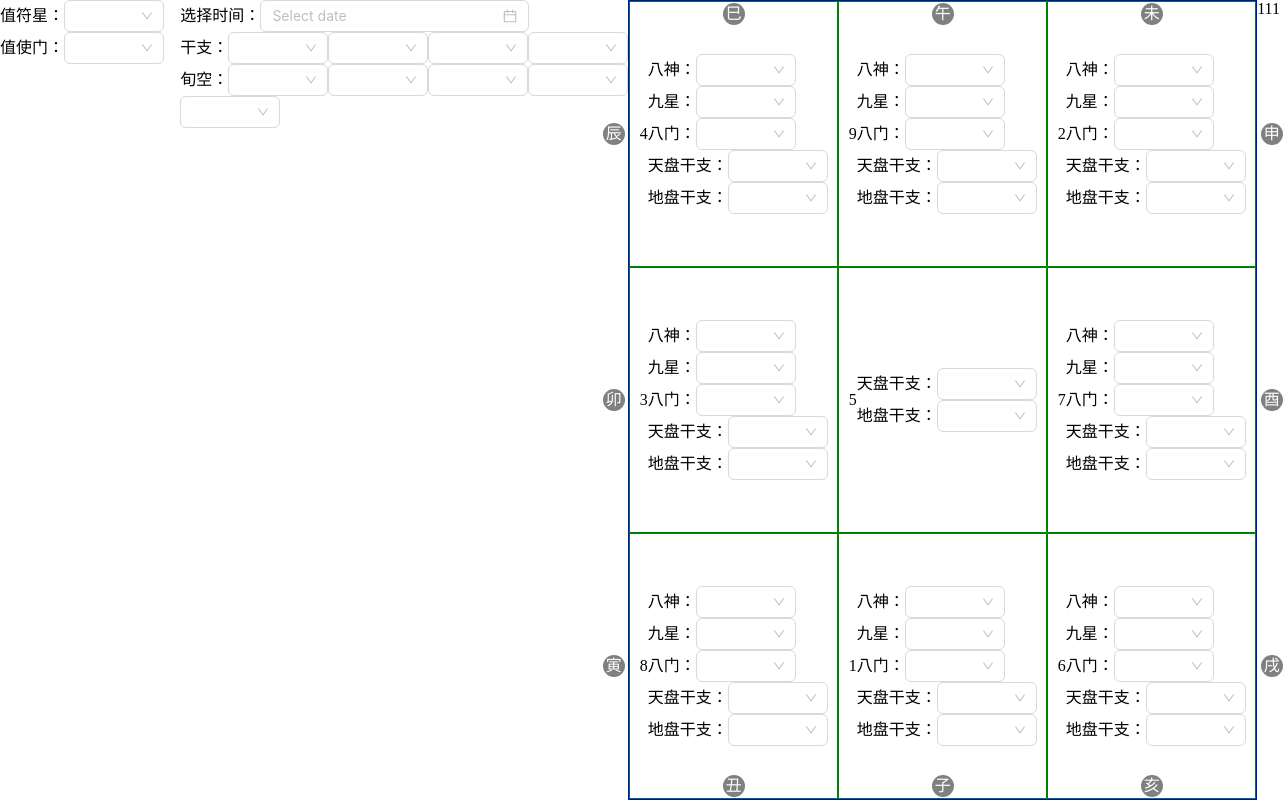
Repository: DaozhangChen/qiMen
Page: /
These files come from the project's save history. The page is drawn as it stood at one moment and after the next save; the edit follows.
The browser window is 1280 px wide. The page is 1283 px wide, then 1280 px, so the pictures cover 1283 px, including what lies to the right of the window. The pictures show the whole page.
The project was rebuilt for these pictures with package versions that can differ from the ones it lists, and the page was loaded fresh each time. Also part of the build but not shown: vite.config.js.

Above is the page before, as saved 2024-04-20 16:56:49.

After the next save:
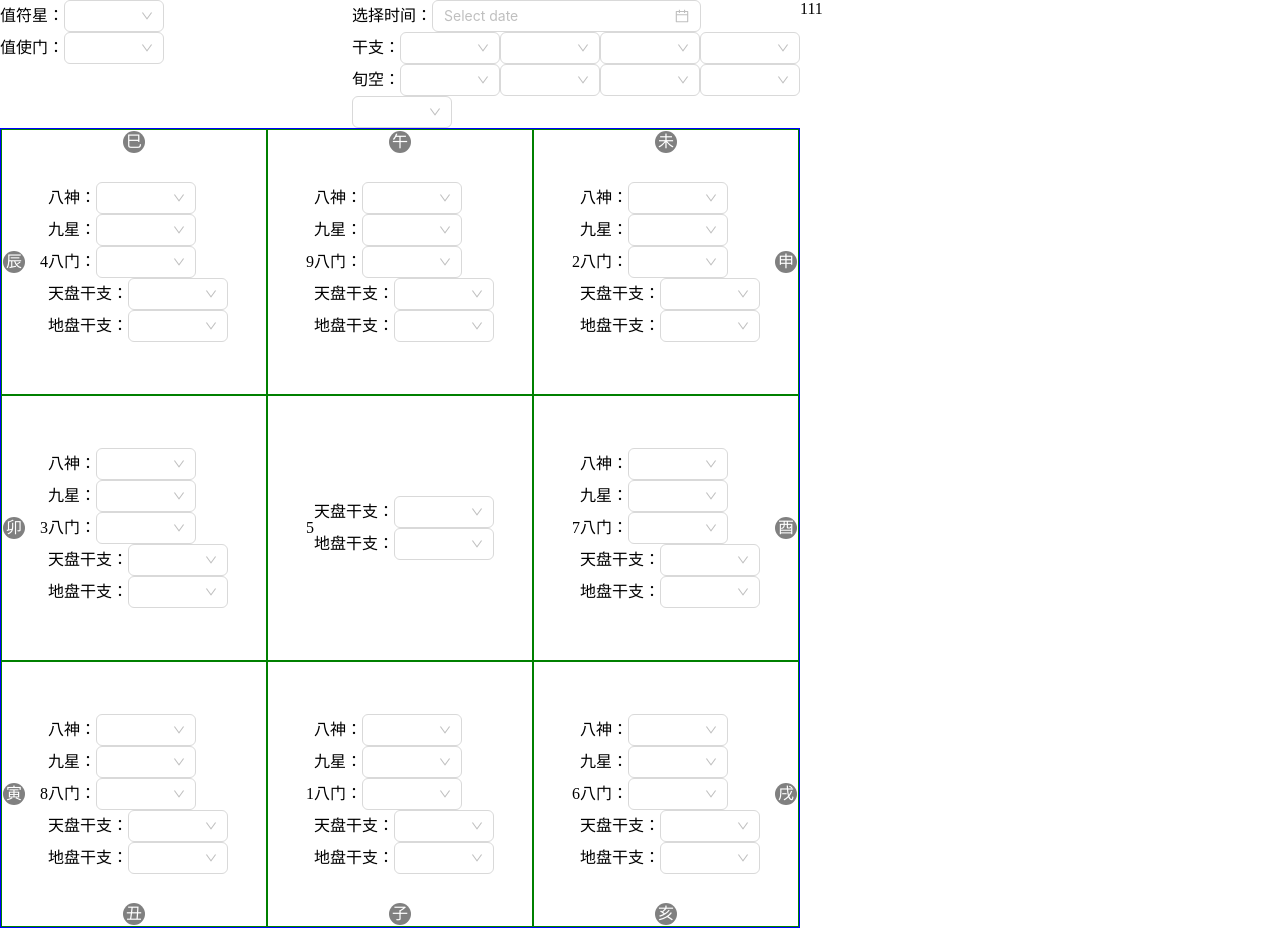
Saved 30 s later.
--- a/src/compoment/Sudoku.jsx
+++ b/src/compoment/Sudoku.jsx
@@ -42,31 +42,33 @@ function Sudoku() {
 
     return (
         <>
-            <HeaderInfo setHeaderInfo={setHeaderInfoObj} />
-            <div className="sudoku-grid">
-                {/* 生成九宫格 */}
-                {regionArr.map((value) => (
-                    <div key={value.number} className="sudoku-row" data-key={value.number}>
-                        {
-                            value.number !== 5 ? <div className={"downStem1-" + value.number}>{value.initDownStem1}</div> : null
-                        }
-                        {
-                            value.number % 2 === 0 ? <div className={"downStem2-" + value.number}>{value.initDownStem2}</div> : null
-                        }
-                        <div>{value.number}</div>
-                        <ul>
-                            <li className="sudoku-cell">
-                                <ul>
-                                    {value.number !== 5 ? <li className="god">八神：<span><InfoSelect type="god" setDetailInfo={setDetailInfo} area={value.number} /></span></li> : null}
-                                    {value.number !== 5 ? <li className="star">九星：<span><InfoSelect type="star" setDetailInfo={setDetailInfo} area={value.number} /></span></li> : null}
-                                    {value.number !== 5 ? <li className="door">八门：<span><InfoSelect type="door" setDetailInfo={setDetailInfo} area={value.number} /></span></li> : null}
-                                    <li className="upStem">天盘干支：<span><InfoSelect type="upStem" setDetailInfo={setDetailInfo} area={value.number} /></span></li>
-                                    <li className="downStem">地盘干支：<span><InfoSelect type="downStem" setDetailInfo={setDetailInfo} area={value.number} /></span></li>
-                                </ul>
-                            </li>
-                        </ul>
-                    </div>
-                ))}
+            <div>
+                <HeaderInfo setHeaderInfo={setHeaderInfoObj} />
+                <div className="sudoku-grid">
+                    {/* 生成九宫格 */}
+                    {regionArr.map((value) => (
+                        <div key={value.number} className="sudoku-row" data-key={value.number}>
+                            {
+                                value.number !== 5 ? <div className={"downStem1-" + value.number}>{value.initDownStem1}</div> : null
+                            }
+                            {
+                                value.number % 2 === 0 ? <div className={"downStem2-" + value.number}>{value.initDownStem2}</div> : null
+                            }
+                            <div>{value.number}</div>
+                            <ul>
+                                <li className="sudoku-cell">
+                                    <ul>
+                                        {value.number !== 5 ? <li className="god">八神：<span><InfoSelect type="god" setDetailInfo={setDetailInfo} area={value.number} /></span></li> : null}
+                                        {value.number !== 5 ? <li className="star">九星：<span><InfoSelect type="star" setDetailInfo={setDetailInfo} area={value.number} /></span></li> : null}
+                                        {value.number !== 5 ? <li className="door">八门：<span><InfoSelect type="door" setDetailInfo={setDetailInfo} area={value.number} /></span></li> : null}
+                                        <li className="upStem">天盘干支：<span><InfoSelect type="upStem" setDetailInfo={setDetailInfo} area={value.number} /></span></li>
+                                        <li className="downStem">地盘干支：<span><InfoSelect type="downStem" setDetailInfo={setDetailInfo} area={value.number} /></span></li>
+                                    </ul>
+                                </li>
+                            </ul>
+                        </div>
+                    ))}
+                </div>
             </div>
         </>
     )
